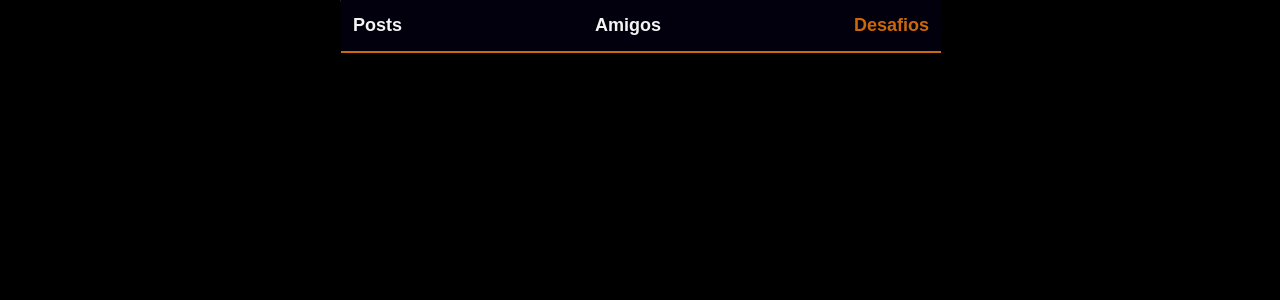
Repository: Antonio-Jefferson/midArt-frontend
Page: /dashboard/challenges
These files come from the project's save history. The page is drawn as it stood at one moment and after the next save; the edit follows.
The browser window is 1280 px wide. The pictures show the whole page.
The project was rebuilt for these pictures with package versions that can differ from the ones it lists, and the page was loaded fresh each time. The framework's server and built-in components were replaced by stand-ins that run in the browser. Also part of the build but not shown: next.config.js.

Above is the page before, as saved 2023-05-28 10:19:01.

After the next save:
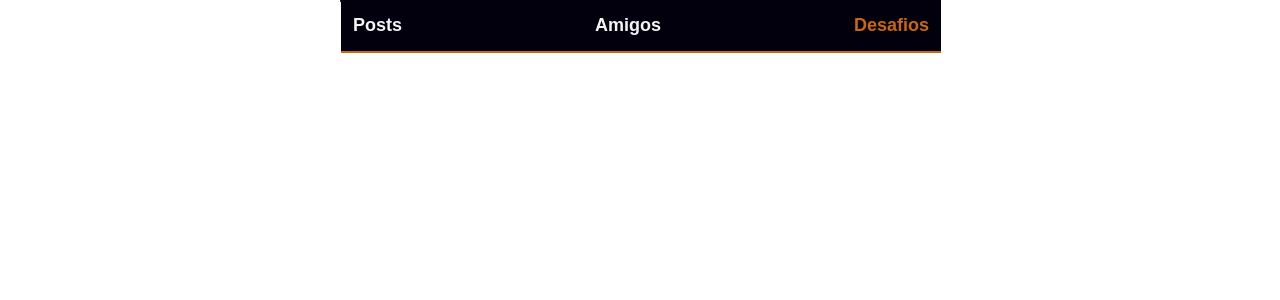
Saved 29 s later.
--- a/src/app/dashboard/layout.tsx
+++ b/src/app/dashboard/layout.tsx
@@ -5,7 +5,7 @@
 export default function RootLayout({ children }: { children: ReactNode }) {
   return (
     <html lang="pt-br">
-      <body className="bg-black">{children}</body>
+      <body className="bg-">{children}</body>
     </html>
   )
 }

After the 2 saves that followed:
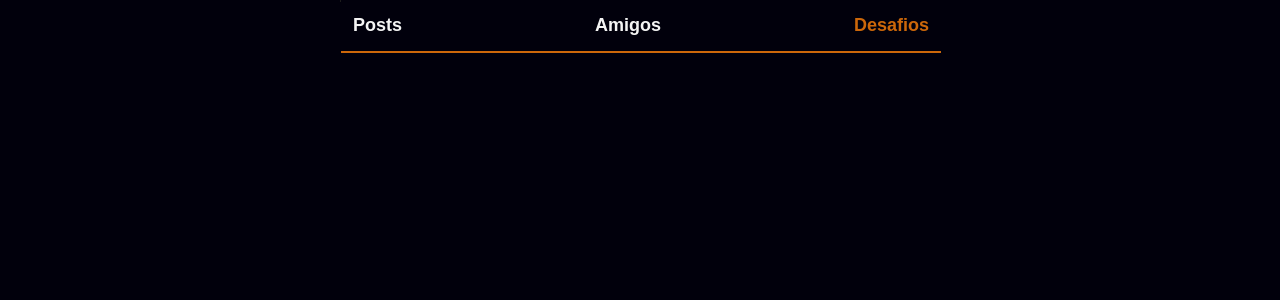
The 2 saves are shown as one change because they came seconds apart.
The last was saved 12 s later.
--- a/src/app/dashboard/layout.tsx
+++ b/src/app/dashboard/layout.tsx
@@ -5,7 +5,7 @@
 export default function RootLayout({ children }: { children: ReactNode }) {
   return (
     <html lang="pt-br">
-      <body className="bg-">{children}</body>
+      <body className="bg-primary">{children}</body>
     </html>
   )
 }
